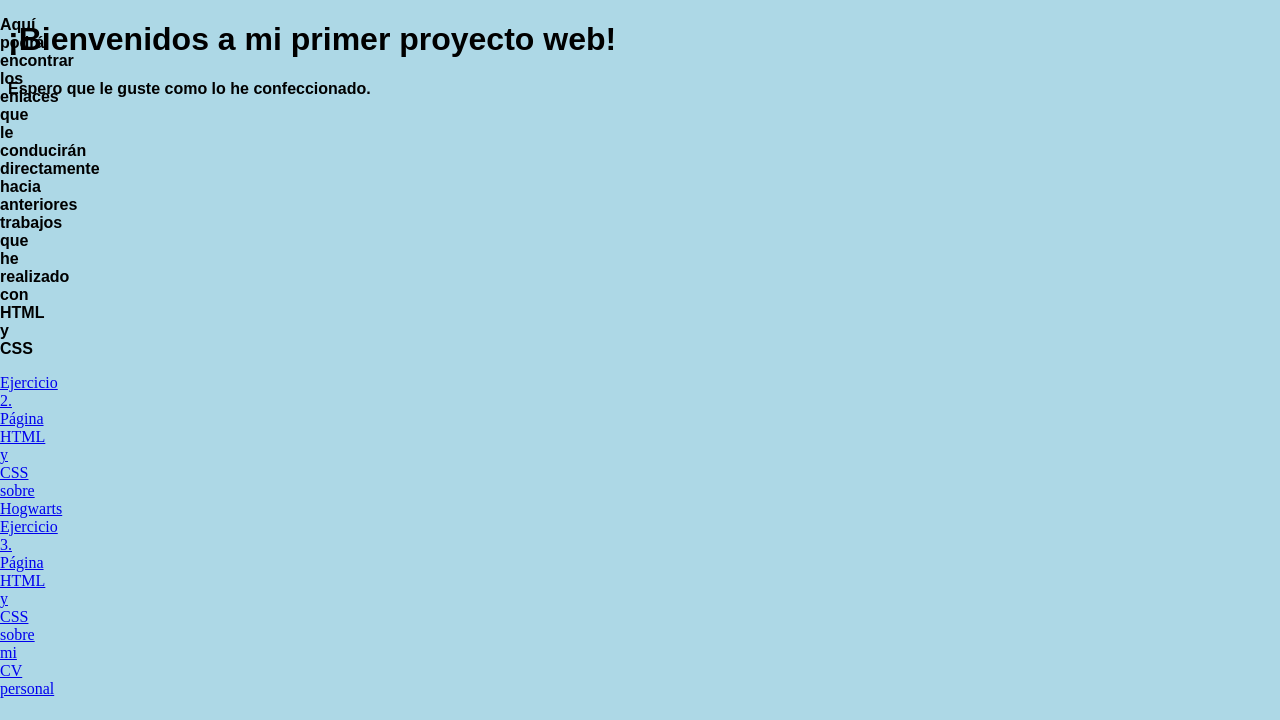
Repository: Pablosky971/Ejercicio-4.-Proyecto-Web
Page: http://localhost/Ejercicio4/
These files come from the project's save history. The page is drawn as it stood at one moment and after the next save; the edit follows.
The browser window is 1280 px wide. The pictures show the whole page.
The page is served by Tomcat 9.

Above is the page before, as saved 2022-03-09 12:44:14.

### Ejercicio4/src/main/webapp/index.html
<!DOCTYPE html>
<html>
<head>
<meta charset="UTF-8">
<title>Presentación</title>
<link rel="stylesheet" href="css/index.css">
</head>
<body>
	<header>
		<h1 class="titulo"> ¡Bienvenidos a mi primer proyecto web! </h1>
		<h3 class="subtitulo"> Espero que le guste como lo he confeccionado.</h3>

	</header>

	<main>

	<nav>
		<h3 class="navegacion"> Aquí podrá encontrar los enlaces que le conducirán directamente hacia anteriores trabajos que he realizado con HTML y CSS</h3>
		<a href="ejercicio2"> Ejercicio 2. Página HTML y CSS sobre Hogwarts</a>
		<a href="ejercicio3"> Ejercicio 3. Página HTML y CSS sobre mi CV personal</a>
	</nav>
	</main>

</body>
</html>

### Ejercicio4/src/main/webapp/css/index.css
body {
	background-color: lightblue;

}
h1.titulo {
	font-family: sans-serif;
	font-size: xx-large;

}

h3.subtitulo {
	font-family: sans-serif;
	font-size: medium;
}

h3.navegacion {
	font-family: sans-serif;
	font-size: medium;
}

nav {
	position: absolute;
	top: 0%;
	left: 0%;
	width: 0%;
	height: 0%;
	display: block;
}

a {
	display: block;
}

a:hover {
	color: green;

}

After the next save:
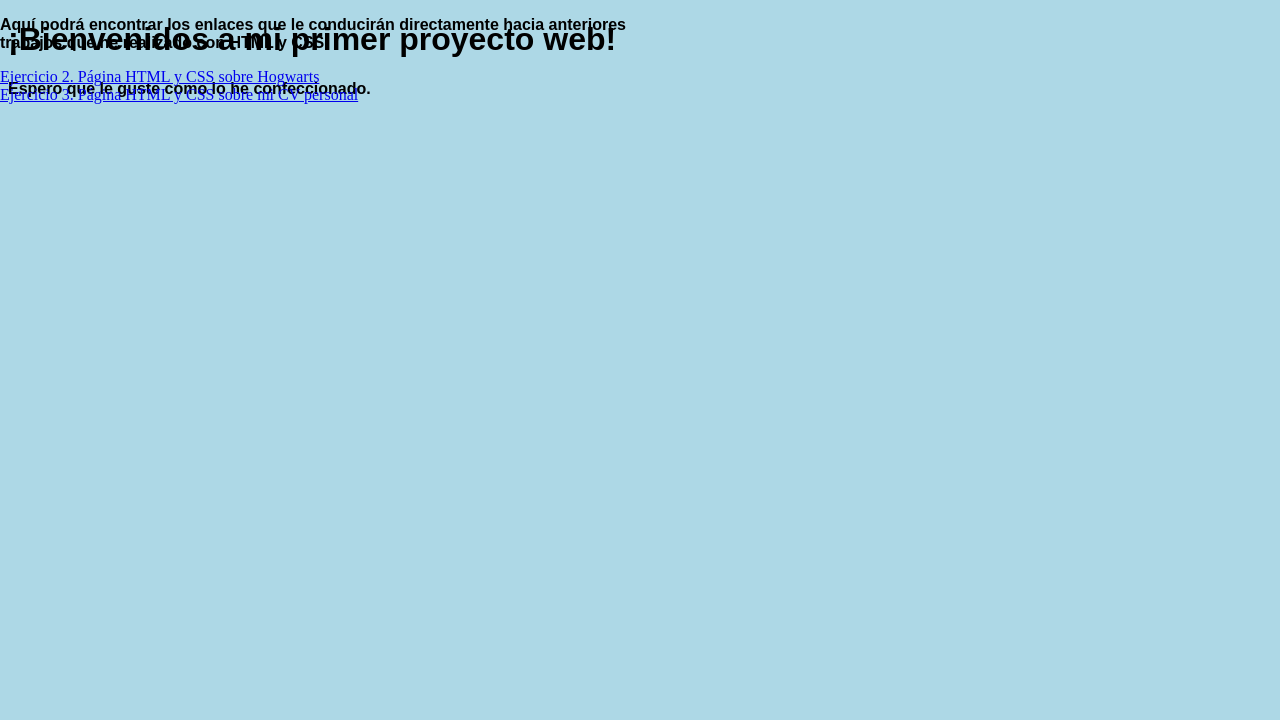
Saved 14 s later.
--- a/Ejercicio4/src/main/webapp/css/index.css
+++ b/Ejercicio4/src/main/webapp/css/index.css
@@ -22,8 +22,8 @@ nav {
 	position: absolute;
 	top: 0%;
 	left: 0%;
-	width: 0%;
-	height: 0%;
+	width: 50%;
+	height: 50%;
 	display: block;
 }
 
